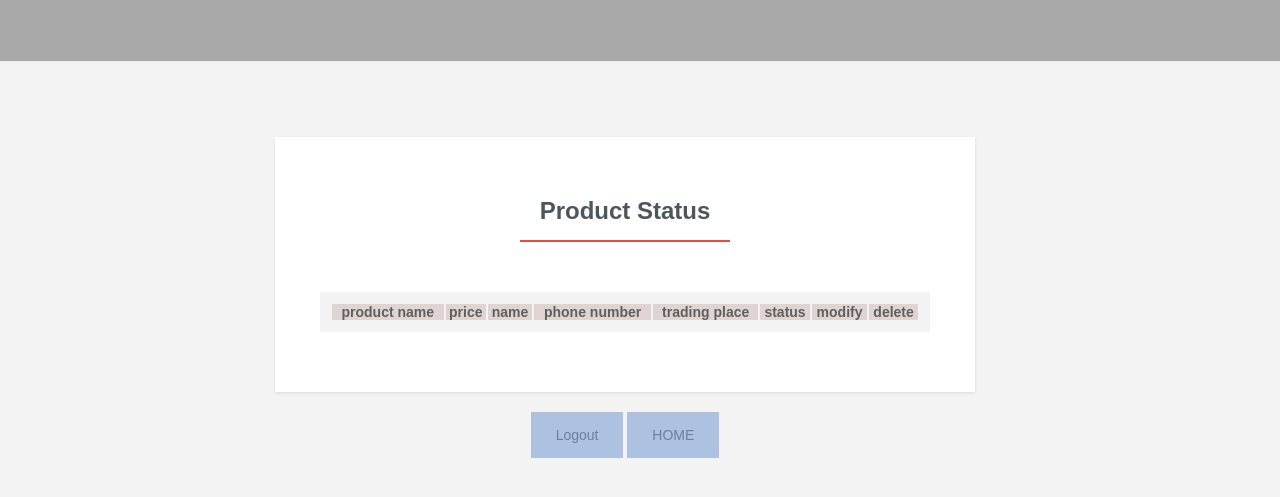
Repository: 0suh/SKKU_Web_project
Page: http://localhost/2018312257_YoungSuhChin_project/productstatus.jsp
These files come from the project's save history. The page is drawn as it stood at one moment and after the next save; the edit follows.
The browser window is 1280 px wide. The pictures show the whole page.
The page is served by Tomcat 9. Queries for data that is not in the repository find no rows.

Above is the page before, as saved 2020-12-21 05:00:28.

### FinalProject/2018312257_YoungSuhChin_project/WebContent/productstatus.jsp
<%@ page language="java" contentType="text/html; charset=utf-8"
    pageEncoding="utf-8"%>
<%@ page import="java.util.*" %>

<!DOCTYPE html>
<%@ page import = "java.sql.*" %>
<html>
<head>
<meta charset="utf-8">
<title>product status</title>
<link rel="stylesheet" href="css/main.css"> <!-- link with css file -->
<link rel="stylesheet" href="css/login-register.css"> <!-- link with css file -->
</head>
<body>
<ul>
<li></li>
</ul>

<div class="main-content">
<%
response.setContentType("text/html;charset=utf-8");
request.setCharacterEncoding("utf-8"); //set charset, encoding
Class.forName("com.mysql.cj.jdbc.Driver"); //load driver
Connection con=null; //declare connection
Statement stmt=null; //declare statement
ResultSet rs=null; //declare result

try
{
	con=DriverManager.getConnection("jdbc:mysql://localhost:3306/dbuser","root","root"); //create connection
	stmt=con.createStatement();

	String query="select productname,price,name,phonenumber,tradingplace,sellmode from product"; //sql select query
	rs=stmt.executeQuery(query); //execute query and store in resultset object rs.
%>
   <form class="form-register" action="memberdelete.jsp" method="post"  > <!-- goto memberdelete.jsp -->

   <div class="form-register-with-ID">
   <div class="form-white-background" style="width:700px">
     <div class="form-title-row">
    <h1>Product Status</h1>
    </div>

   <table style="color:#5f5f5f;background-color: #f3f3f3;text-align: center;padding:10px;width:100%;margin:0px auto">

   <tr style="background-color:#e0d4d3">
   <td>product name</td> <!-- table for product name -->
   <td>price</td> <!-- table for price -->
   <td>name</td> <!-- table for name -->
   <td>phone number</td> <!-- table for phone number -->
   <td>trading place</td> <!-- table for trading place -->
   <td>status</td> <!-- table for status -->
   <td>modify</td> <!-- table for modify -->
   <td>delete</td> <!-- table for delete -->
   </tr>
   <%
   while(rs.next()){ //get object's field value
	   %>
	   <tr>

	   <td><%=rs.getString("productname") %></td> <!-- get product name -->
	   <td><%=rs.getString("price") %></td> <!-- get price -->
	   <td><%=rs.getString("name") %></td> <!-- get name -->
	   <td><%=rs.getString("phonenumber") %></td> <!-- get phone number -->
	   <td><%=rs.getString("tradingplace") %></td> <!-- get trading place -->
	   <td><%=rs.getString("status") %></td> <!-- get status -->
	   <td><a href="modifyproduct.jsp?mod=<%=rs.getString("productname") %>" style="text-decoration: none; color:#6caee0">modify</a></td><!-- modify member -->
	   <td><a href="deleteproduct.jsp?del=<%=rs.getString("productname") %>" style="text-decoration: none; color:#6caee0">delete</a></td><!-- delete member -->
     </tr>
     <%
     } //end of the while
   %>
     </table>
     </div>
     <a href="logout.jsp" class="form-log-in-with-existing">Logout</a> <!-- log out -->

   <a href="welcomeseller.jsp" class="form-log-in-with-existing">HOME</a> <!-- return to home page -seller -->
    </div>
   </form>
   <%
   rs.close(); // ResultSet exit
   stmt.close(); // Statement exit
   con.close();  // Connection exit
}
   catch(SQLException e){
   out.println("err:"+e.toString());
   }
   %>
   </div>

</body>
</html>

### FinalProject/2018312257_YoungSuhChin_project/WebContent/css/main.css
@import url('http://fonts.googleapis.com/css?family=Open+Sans:400,700');

*{ /*entire setting*/
    margin: 0;
    padding: 0;
    box-sizing: border-box;
}

html{
	background-color: #efefef;
}

body{
	font:14px/1.5 Arial, Helvetica, sans-serif;
	margin:0;
}


ul {/*ul design (menu bar)*/
    list-style: none;
    border-bottom: 1px solid #EAEAEA;
    background-color: #A9A9A9;
    padding: 20px;
    margin-top: 0;
    text-align: center;
    margin-bottom: 75px;
}

ul a{/*ul menu bar link design*/
    text-decoration: none;
    color: #FFF;
    text-align: left;
    background-color: #bfcbde;
    padding: 10px 16px;
    border-radius: 2px;
    opacity: 0.8;
    font-size: 16px;
    display: inline-block;
    margin: 4px;
    line-height: 1;
    outline: none;

    transition: 0.2s ease;
}

ul li a.active{ /*menu hyperlink effect*/
    background-color:#bfcbde;
    pointer-events: none;
}

ul li a:hover { /*when mouse is on hyperlink*/
    opacity: 1;
}


ul li{ /*list design*/
    display: inline-block;

}


.main-content{/*main-content div design*/
    margin-bottom: 75px;
}

### FinalProject/2018312257_YoungSuhChin_project/WebContent/css/login-register.css
html{/*entire html color*/
    background-color: #f3f3f3;
}

.form-register{ /*div form-register design*/
    max-width: 1000px;
    width: 100%;
    margin: 0 auto;
    font: bold 14px sans-serif;
    text-align: center;
}

.form-register-with-ID{/*div form register ID*/
    position: relative;
    display: inline-block;
    vertical-align: top;
    margin-right: 30px;
    text-align: center;
}

.form-register-with-ID .form-white-background{/*div form white background design*/
    width: 570px;
    box-sizing: border-box;
    background-color: #ffffff;
    box-shadow: 0 1px 3px 0 rgba(0, 0, 0, 0.1);
    padding: 60px 45px;
    margin-bottom: 35px;
}

.form-register-with-ID .form-row{ /*form low design*/
    text-align: left;
    margin-bottom: 23px;
}

.form-register-with-ID .form-title-row{ /*form title row design*/
    text-align: center;
    margin-bottom: 50px;
}

.form-register-with-ID h1{ /*h1 text design in form register with ID div*/
    display: inline-block;
    box-sizing: border-box;
    color:  #4c565e;
    font-size: 24px;
    padding: 0 20px 15px;
    border-bottom: 2px solid #e74c3c;
    margin: 0;
}

.form-register-with-ID .form-row > label span{ /*label span design*/
    display: inline-block;
    box-sizing: border-box;
    color:  #5f5f5f;
    width: 125px;
    text-align: right;
    padding-right: 25px;
}
.classification-checkbox{ /*input type:check box design*/
	display: inline-block;
	box-sizing:border-box;
	width: 125px;
	text-align:center;
	color:  #5f5f5f;
}
#classification{/*id=classification design*/
	margin-right: 10px;

}
.form-register-with-ID input{/*register input blank design*/
    color:  #5f5f5f;
    box-sizing: border-box;
    width: 230px;
    box-shadow: 1px 2px 4px 0 rgba(0, 0, 0, 0.08);
    padding: 12px 18px;
    border: 1px solid #dbdbdb;
}
.form-register-with-ID button{/*register ID button*/
    display: block;
    border-radius: 2px;
    background-color:  #6caee0;
    color: #ffffff;
    font-weight: bold;
    box-shadow: 1px 2px 4px 0 rgba(0, 0, 0, 0.08);
    padding: 15px 35px;
    border: 0;
    margin: 55px auto 0;
    cursor: pointer;
}

.form-register-with-ID .form-log-in-with-existing{/*form log in with existing-div design*/
    text-decoration: none;
    padding: 15px 25px;
    font-weight: normal;
    color: #6d7f9c;
    background-color: #adc1e0;
}

After the next save:
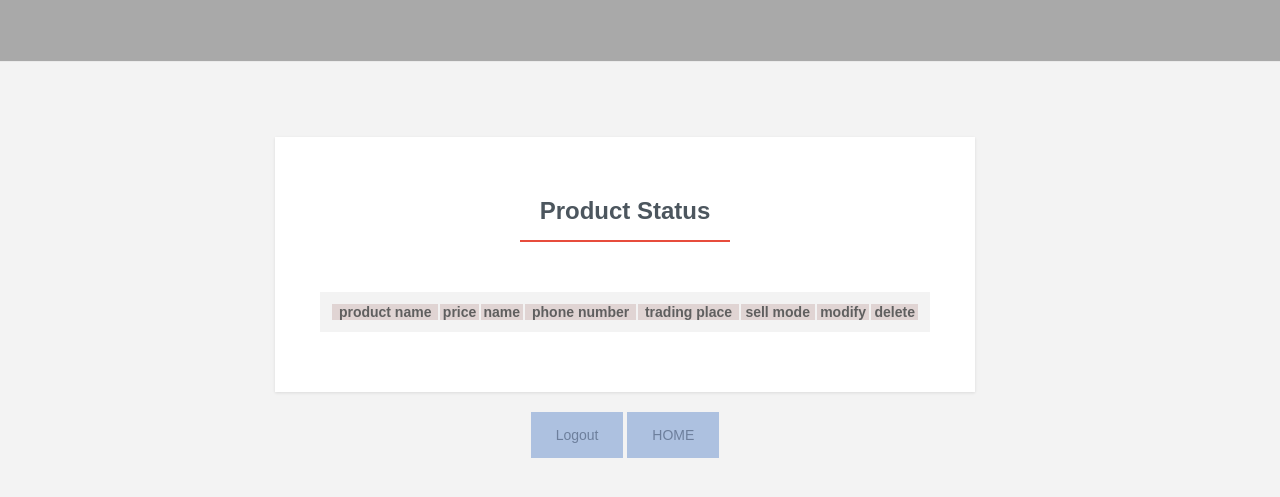
Saved 74 s later.
--- a/FinalProject/2018312257_YoungSuhChin_project/WebContent/productstatus.jsp
+++ b/FinalProject/2018312257_YoungSuhChin_project/WebContent/productstatus.jsp
@@ -49,7 +49,7 @@ try
    <td>name</td> <!-- table for name -->
    <td>phone number</td> <!-- table for phone number -->
    <td>trading place</td> <!-- table for trading place -->
-   <td>status</td> <!-- table for status -->
+   <td>sell mode</td> <!-- table for sell mode -->
    <td>modify</td> <!-- table for modify -->
    <td>delete</td> <!-- table for delete -->
    </tr>
@@ -63,7 +63,7 @@ try
 	   <td><%=rs.getString("name") %></td> <!-- get name -->
 	   <td><%=rs.getString("phonenumber") %></td> <!-- get phone number -->
 	   <td><%=rs.getString("tradingplace") %></td> <!-- get trading place -->
-	   <td><%=rs.getString("status") %></td> <!-- get status -->
+	   <td><%=rs.getString("sellmode") %></td> <!-- get sellmode -->
 	   <td><a href="modifyproduct.jsp?mod=<%=rs.getString("productname") %>" style="text-decoration: none; color:#6caee0">modify</a></td><!-- modify member -->
 	   <td><a href="deleteproduct.jsp?del=<%=rs.getString("productname") %>" style="text-decoration: none; color:#6caee0">delete</a></td><!-- delete member -->
      </tr>
